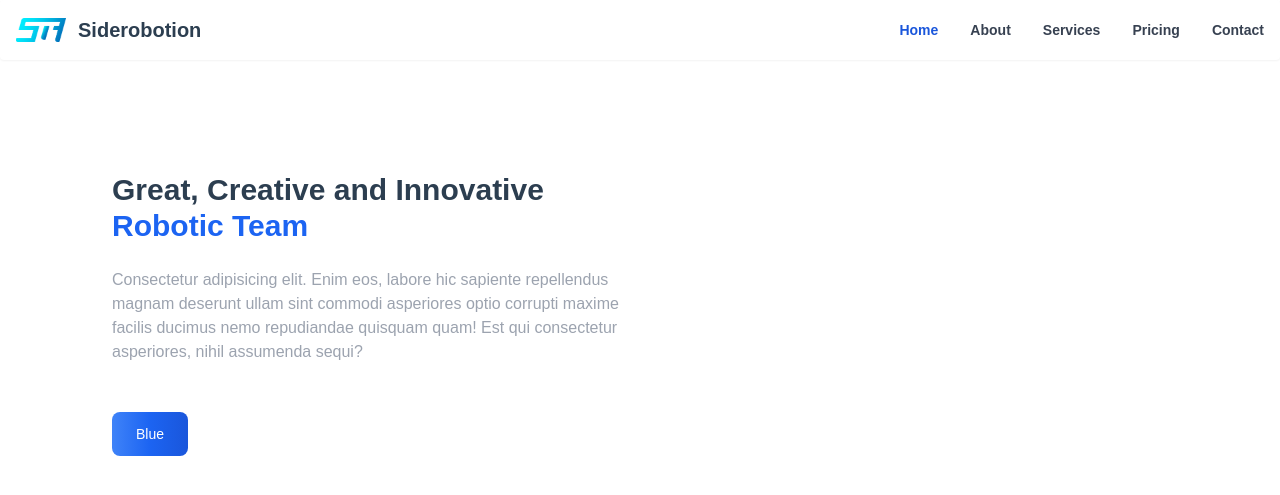
Repository: khulqu15/siderobotion
Page: /
An editor plug-in stored every save of this project. The page is shown before and after the next save, followed by the edit.
The browser window is 1280 px wide. The pictures show the whole page.
The project was rebuilt for these pictures with package versions that can differ from the ones it lists, and the page was loaded fresh each time. Also part of the build but not shown: vue.config.js.

Above is the page before, as saved 2022-06-12 02:14:26.

After the next save:
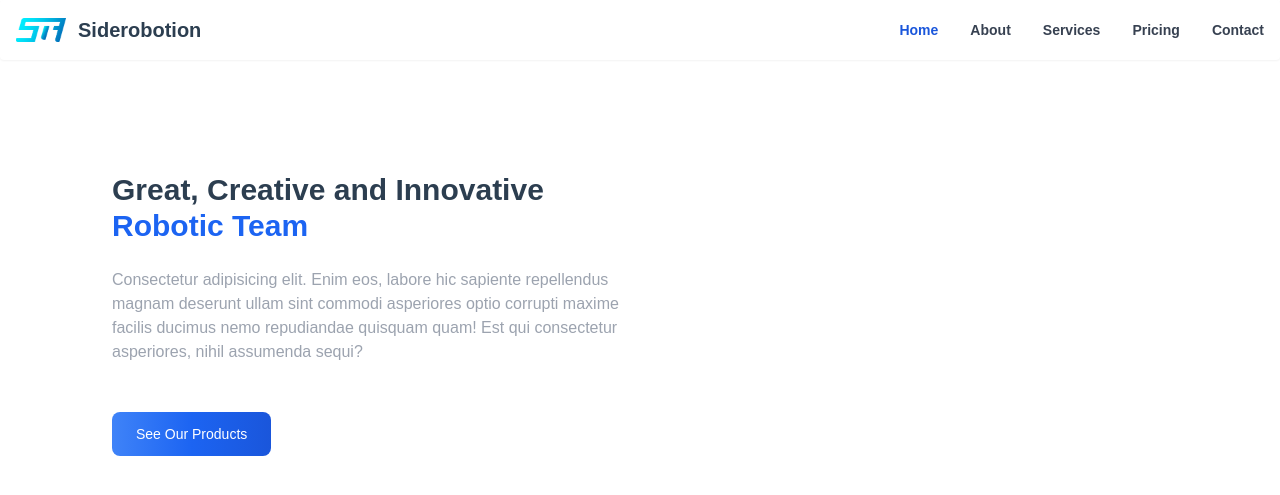
Saved 17 s later.
--- a/src/views/HomeView.vue
+++ b/src/views/HomeView.vue
@@ -5,7 +5,7 @@
       <div class="py-28 text-start">
         <h1 class="text-3xl font-semibold">Great, Creative and Innovative <span class="text-blue-600">Robotic Team</span> </h1>
         <p class="text-gray-400 mt-6 mb-12">Consectetur adipisicing elit. Enim eos, labore hic sapiente repellendus magnam deserunt ullam sint commodi asperiores optio corrupti maxime facilis ducimus nemo repudiandae quisquam quam! Est qui consectetur asperiores, nihil assumenda sequi?</p>
-        <button type="button" class="text-white bg-gradient-to-r from-blue-500 via-blue-600 to-blue-700 hover:bg-gradient-to-br focus:ring-4 focus:outline-none focus:ring-blue-300 dark:focus:ring-blue-800 font-medium rounded-lg text-sm px-6 py-3 text-center mr-2 mb-2">Blue</button>
+        <button type="button" class="text-white bg-gradient-to-r from-blue-500 via-blue-600 to-blue-700 hover:bg-gradient-to-br focus:ring-4 focus:outline-none focus:ring-blue-300 dark:focus:ring-blue-800 font-medium rounded-lg text-sm px-6 py-3 text-center mr-2 mb-2">See Our Products</button>
       </div>
     </div>
   </web-layout>
